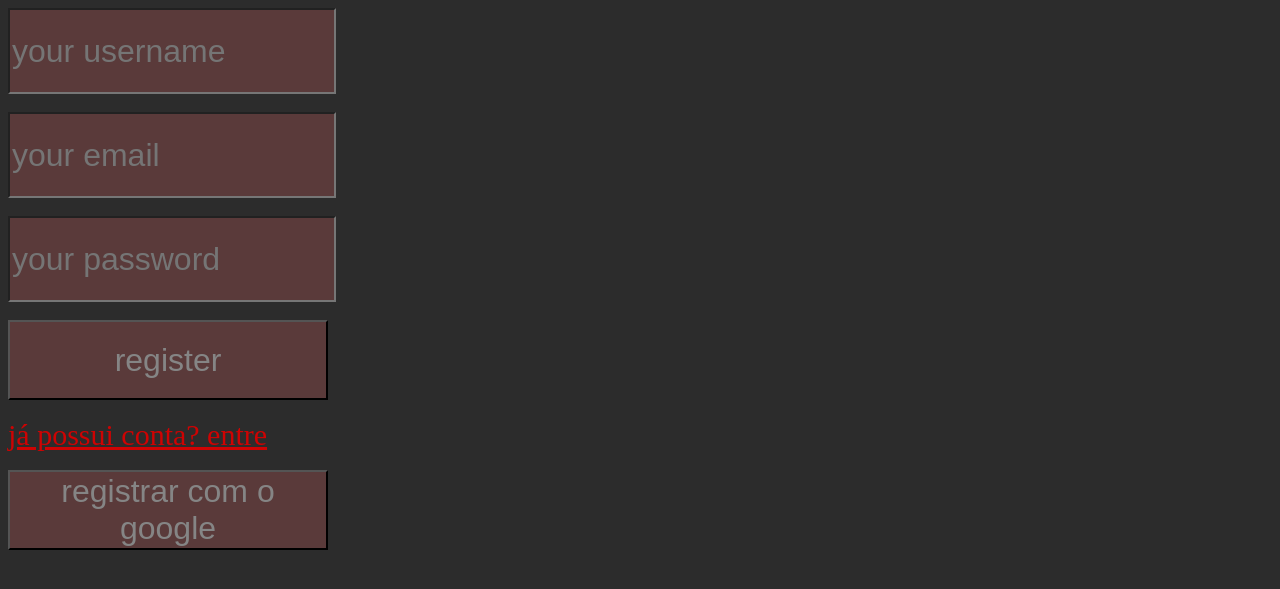
Repository: Vinicius-Borges7/NMLS
Page: frontend/pages/register.html
These files come from the project's save history. The page is drawn as it stood at one moment and after a run of saves; the edit follows.
The browser window is 1280 px wide. The pictures show the whole page.

Above is the page before, as saved 2023-05-23 14:55:54.

After the next 2 saves:
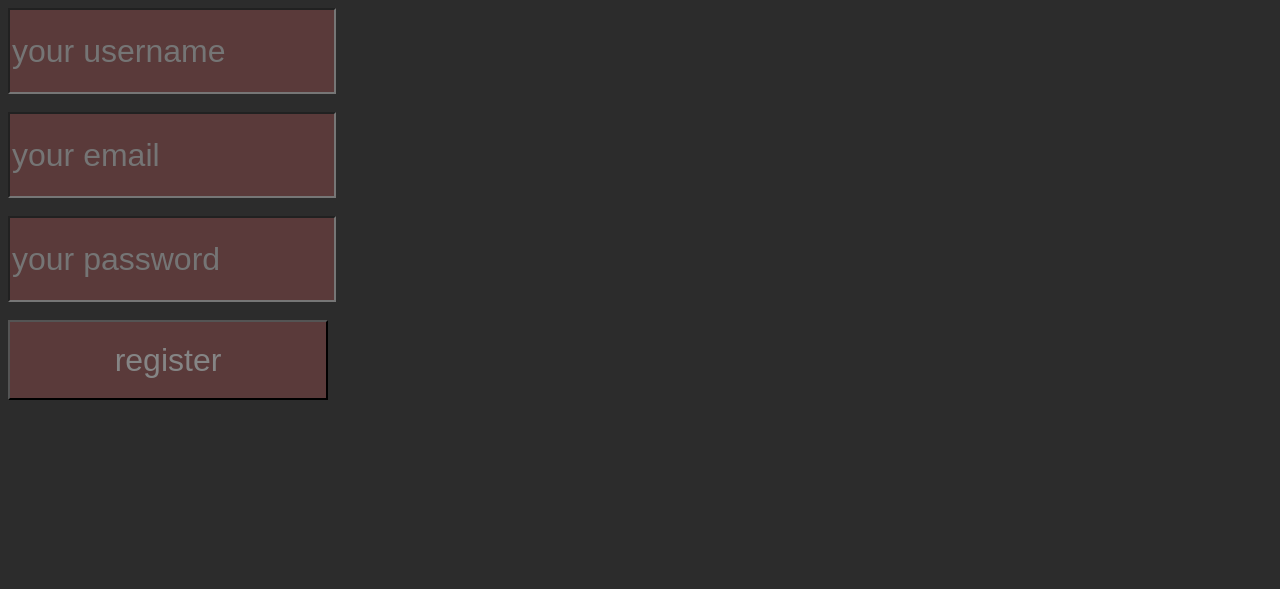
The 2 saves are shown as one change because they came seconds apart.
The last was saved 10 s later.
--- a/frontend/pages/register.html
+++ b/frontend/pages/register.html
@@ -18,7 +18,7 @@
     </section>
 
     <section>
-        <a href="file:///C:/Users/if4health/Desktop/LoginSystem/frontend/pages/index.html">já possui conta? entre</a>
+        <a href="https://keen-klepon-ec82a6.netlify.app/>já possui conta? entre</a>
         <br/><br/>
     </section>
 

After the save that followed:
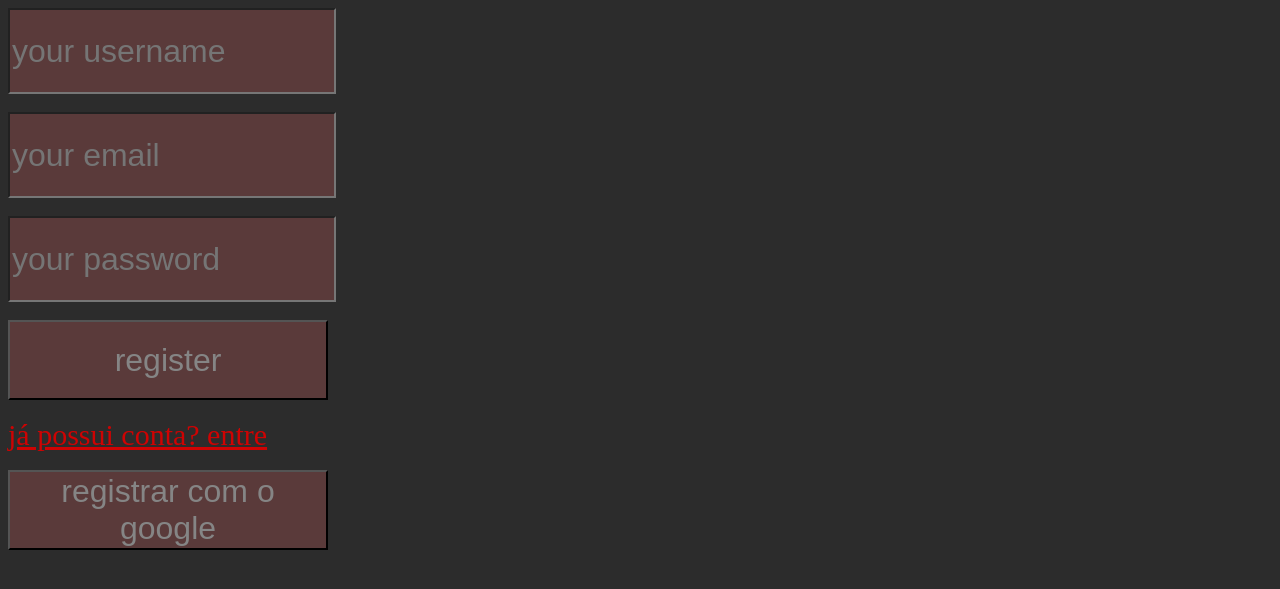
Saved 5 s later.
--- a/frontend/pages/register.html
+++ b/frontend/pages/register.html
@@ -18,7 +18,7 @@
     </section>
 
     <section>
-        <a href="https://keen-klepon-ec82a6.netlify.app/>já possui conta? entre</a>
+        <a href="https://keen-klepon-ec82a6.netlify.app/">já possui conta? entre</a>
         <br/><br/>
     </section>
 
